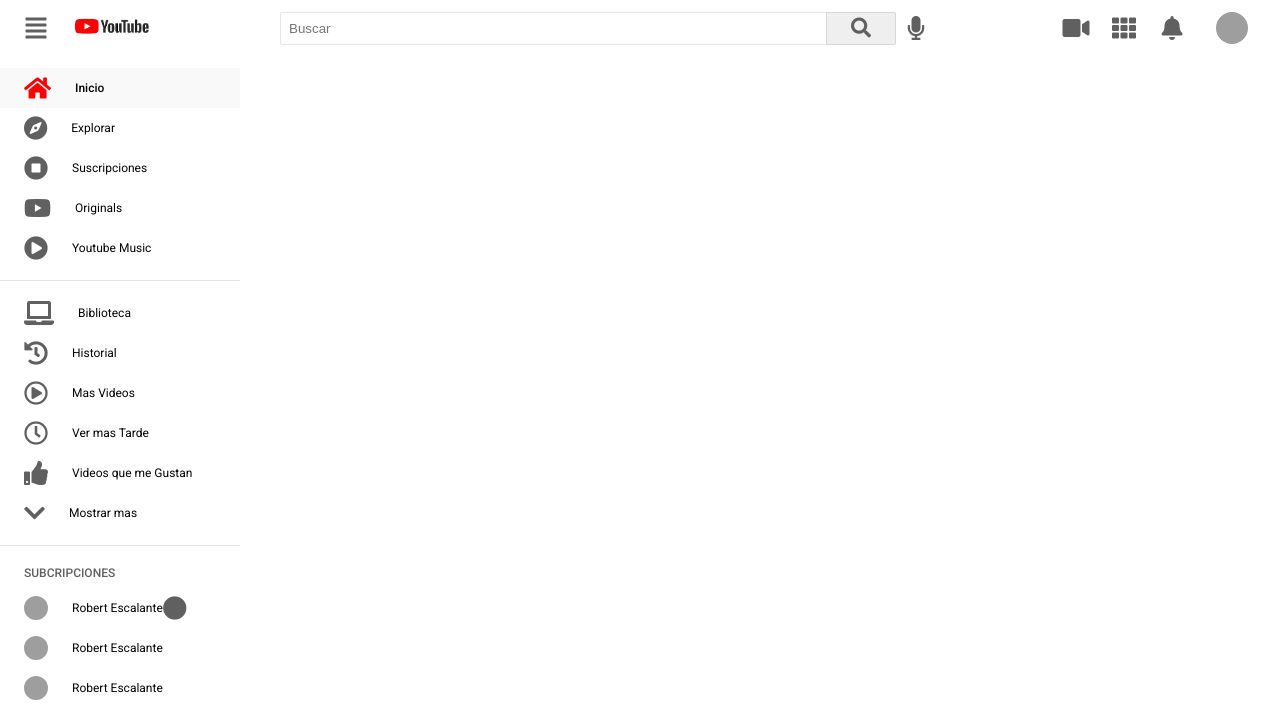
Repository: RobertAries28/ClonYoutube
Page: index.html
The author's editor kept a copy of each file at every save. The page is drawn from the files as they stood at one save, then again after the next save.
The browser window is 1280 px wide. The pictures show the whole page.
Pictures or frames that could not be fetched are drawn as grey boxes. Some web libraries are served in a nearby version.

Above is the page before, as saved 2021-09-12 23:49:33.

After the next save:
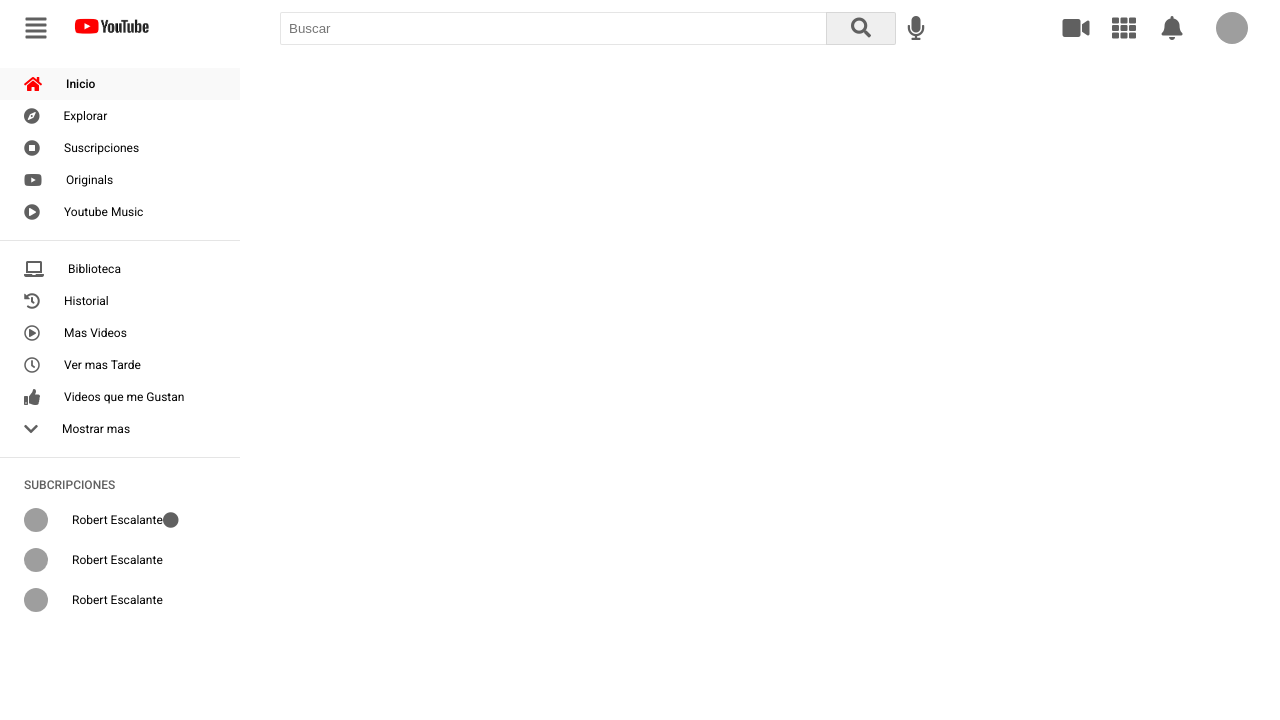
Saved 27 s later.
--- a/style.css
+++ b/style.css
@@ -250,7 +250,7 @@
 
 .main-nav .link .icon{
     margin-right: 1.5rem;
-    font-size: 1.5rem;
+    font-size: 1rem;
     color: var(--text-color-alt);
 
 }
@@ -284,5 +284,5 @@
 }
 
 .in-new{
-    font-size: 1rem;
-}
+    font-size: 1 rem;
+}

After the save that followed:
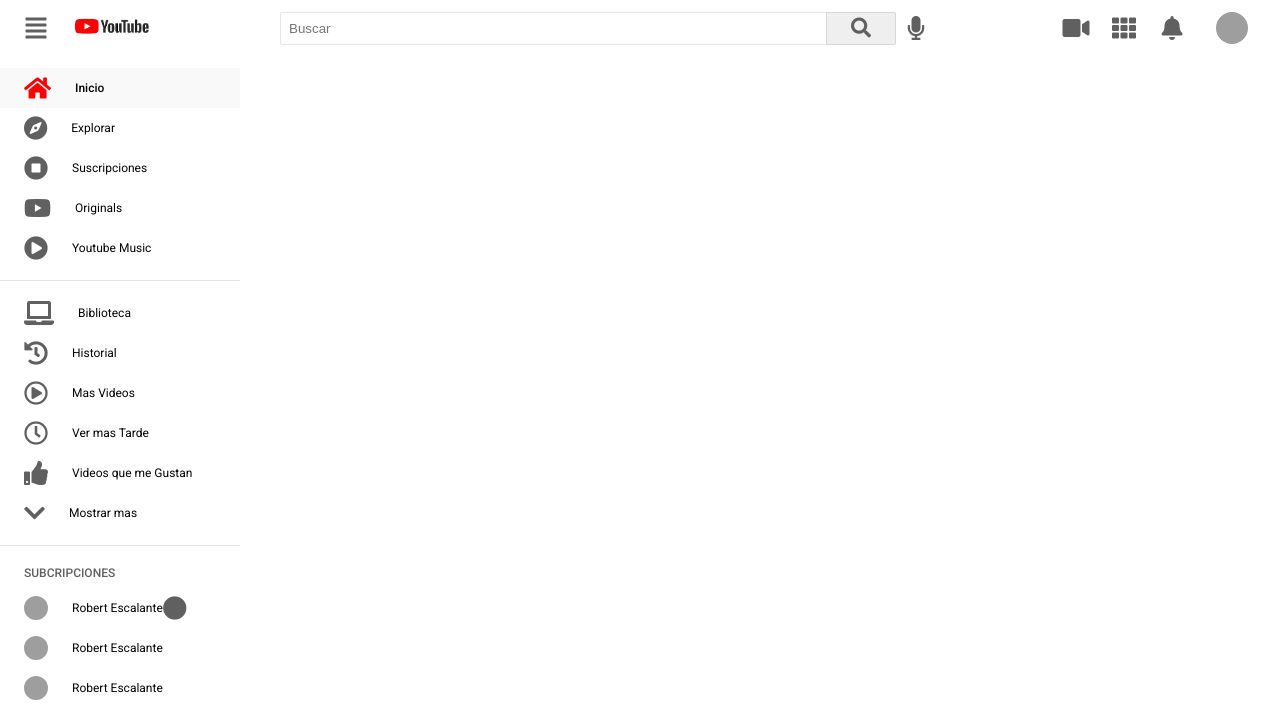
Saved 13 s later.
--- a/style.css
+++ b/style.css
@@ -250,7 +250,7 @@
 
 .main-nav .link .icon{
     margin-right: 1.5rem;
-    font-size: 1rem;
+    font-size: 1.5rem;
     color: var(--text-color-alt);
 
 }
